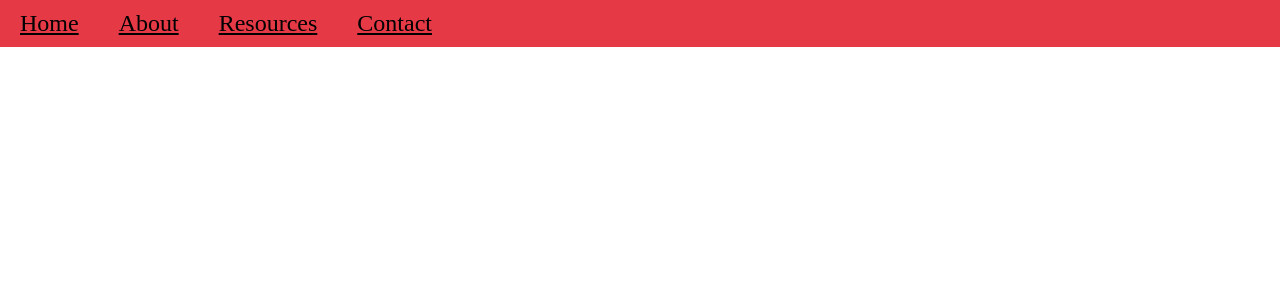
Repository: rdass1/COM421-FinalProject
Page: Website/index.html
The author's editor kept a copy of each file at every save. The page is drawn from the files as they stood at one save, then again after a run of saves.
The browser window is 1280 px wide. The pictures show the whole page.

Above is the page before, as saved 2021-05-11 22:56:09.

### Website/index.html
<!DOCTYPE html>
<html>
    <head>
        <meta charset="UTF-8">
        <meta name="description" content="Take It To the Streets is a non-profit organization that helps people find information on how to fight their tickets. ">
        <meta name="author" content="Group 2">
        <meta name="viewport" content="width=device-width, initial-scale=1.0">
        <link rel="stylesheet" type="text/css" href="css/index.css">
        <title>Take It To The Streets</title>
    </head>
    <body>
        <header>
            <div id = "navbar">
                <nav>
                    <ul>
                        <li><a href="#home">Home</a></li>
                        <li><a href="#about">About</a></li>
                        <li><a href="#resources">Resources</a></li>
                        <li><a href="#contact">Contact</a></li>
                    </ul>

                </nav>
            </div>
        </header>

    </body>
</html>

### Website/css/index.css
body{
    margin:0px;
}

header{
    background-color: #e63946;
    width: 100%;
    height: 6%;
    display: flex;
    justify-content: flex-start;
    margin: 0px;
    padding: 0px;

}

#navbar nav{
    display: flex;


}

#navbar ul{
    margin: 0px;
    padding: 0px;
    overflow: hidden;
    list-style: none;
}

#navbar li{
    margin: 0px;
    padding: 10px 20px 10px 20px;
    font-size: 1.5rem;
    float:left;

}

#navbar a{
    display: block;
    color: #000;
}

After the next 2 saves:
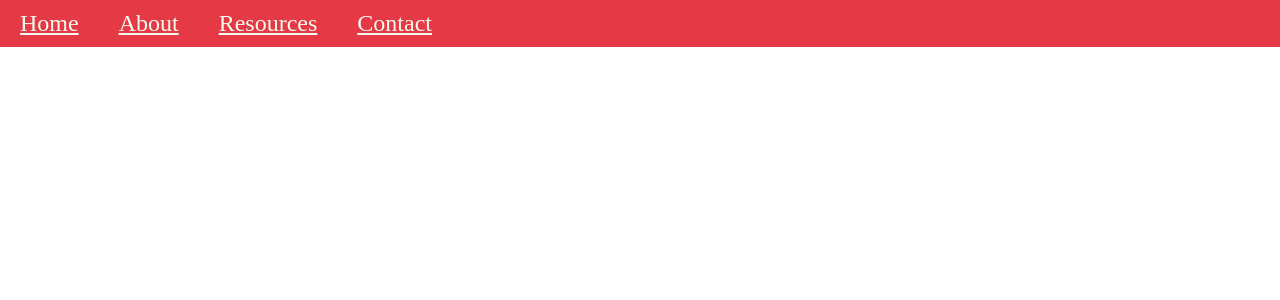
The 2 saves are shown as one change because they came seconds apart.
The last was saved 11 s later.
--- a/Website/css/index.css
+++ b/Website/css/index.css
@@ -36,5 +36,6 @@ header{
 
 #navbar a{
     display: block;
-    color: #000;
+    color: #f1faee;
+
 }
